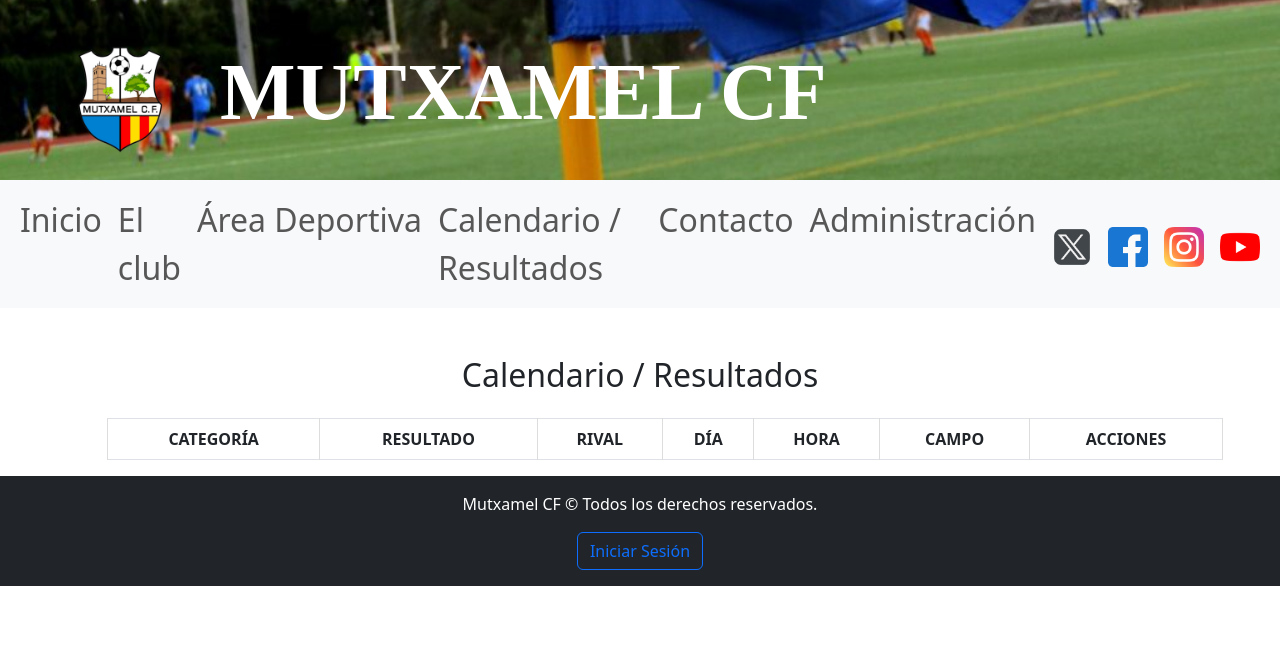
Repository: mikeluca/webMutxamelCF
Page: http://localhost/admin/calendario-resultados
An editor plug-in stored every save of this project. The page is shown before and after the next save, followed by the edit.
The browser window is 1280 px wide. The pictures show the whole page.
Some web fonts or font styles are not loaded; a fallback is used. Some web libraries are served in a nearby version. The page is this project's Thymeleaf template; nobody is signed in. The template is opened directly, without the code that normally fills it, so the values that code supplies are empty.

Above is the page before, as saved 2024-10-29 15:05:49.

After the next save:
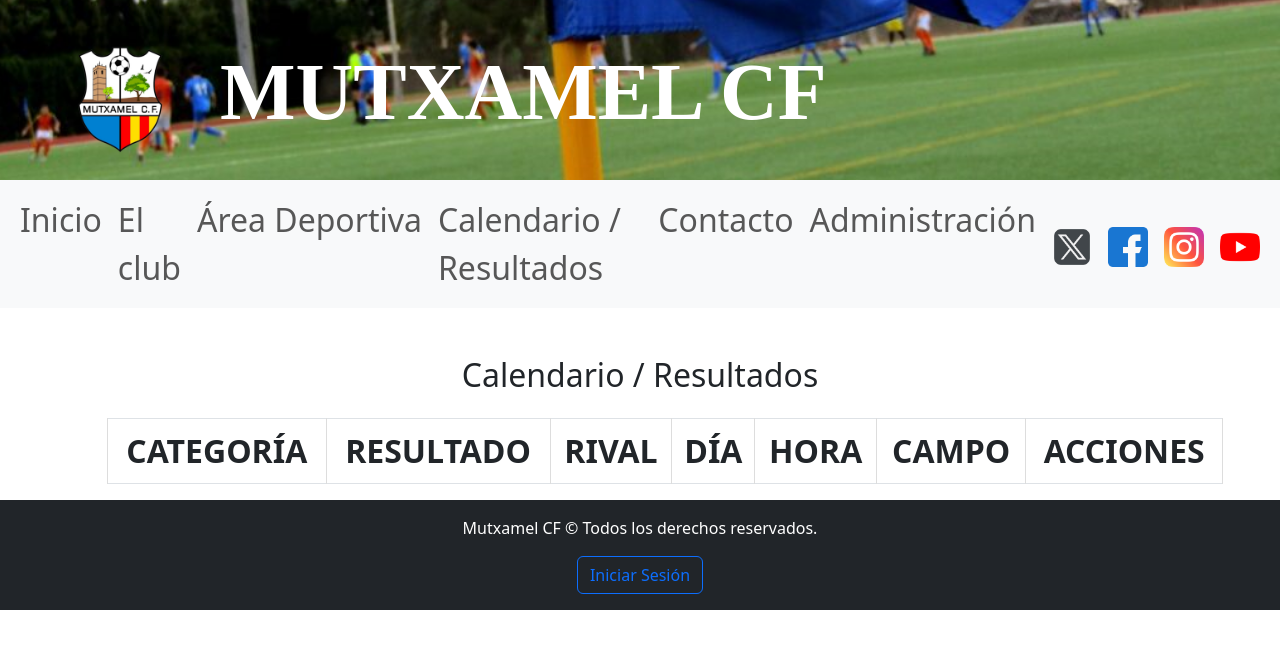
Saved 12 s later.
--- a/mvc/src/main/resources/templates/admin/calendario-resultados.html
+++ b/mvc/src/main/resources/templates/admin/calendario-resultados.html
@@ -15,7 +15,7 @@
 	<!-- Incluir el header -->
 	<div th:replace="~{cabecera.html}"></div>
 
-	<div class="container mt-5">
+	<div class="container mt-5 lead">
 		<h2 class="text-center">Calendario / Resultados</h2>
 
 		<!-- Formulario para actualizar resultados -->
